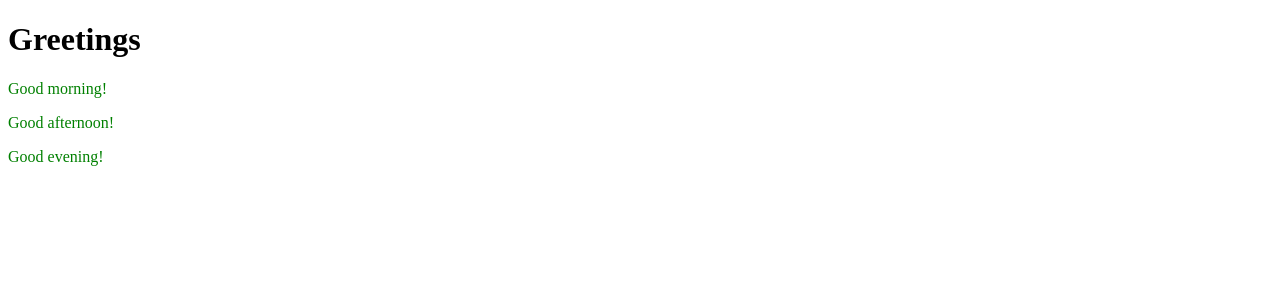
Repository: ayame-murayama/Monolist
Page: kadai-html.html
The author's editor kept a record of every edit. The page is drawn from the files as they stood at one moment, then again after the next edit.
The browser window is 1280 px wide. The pictures show the whole page.

Above is the page before.

### kadai-html.html
<!DOCTYPE html>
<html lang="ja">
    <head>
        <meta charset="utf-8">
        <title>HTML/CSSでWebページ作成</title>
        <link rel="stylesheet" href="kadai-css.css">
    </head>
    <body>
        <h1>Greetings</h1>

  <div id="greetings">
      <span class="morning">
    <p>
    Good morning!
    </p>
    </span>
    <span class="morning">
    <p>
    Good afternoon!
    </p>
    </span>
    <span class="morning">
    <p>
    Good evening!
    </p>
    </span>
  </div>
    </body>
</html>

### kadai-css.css
@charset "UTF-8";

#greetings .morning {
  color: green;
}
#greetings .afternoon {
  color: red;
}
#greetings .evening {
  color: blue;
}

After the next edit:
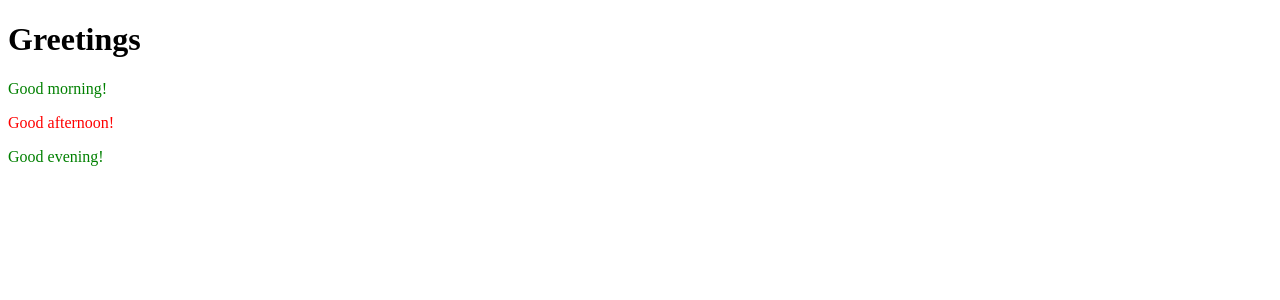
The edit:
--- a/kadai-html.html
+++ b/kadai-html.html
@@ -14,7 +14,7 @@
     Good morning!
     </p>
     </span>
-    <span class="morning">
+    <span class="afternoon">
     <p>
     Good afternoon!
     </p>
